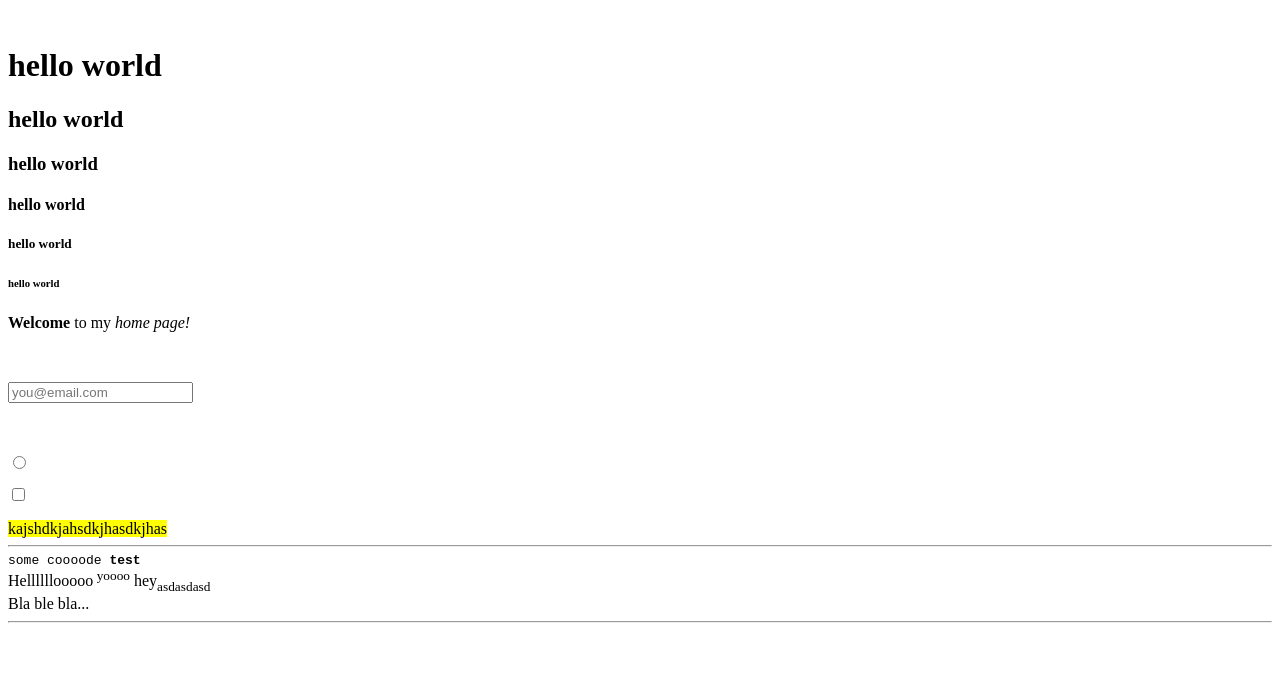
Repository: maltskan/maltskan.github.io
Page: index.html
The author's editor kept a record of every edit. The page is drawn from the files as they stood at one moment, then again after the next edit.
The browser window is 1280 px wide. The pictures show the whole page.

Above is the page before.

### index.html
<html>
        <head>
            <title>HEllo World!</title>

        </head>

        <body>

            <br>
            <h1>hello world</h1>
            <h2>hello world</h2>
            <h3>hello world</h3>
            <h4>hello world</h4>
            <h5>hello world</h5>
            <h6>hello world</h6>
            <p><strong>Welcome</strong> to my <em>home page!</em> </p>
            <br>
           <p><input type= "text" placeholder="you@email.com" >    </p>
            <br>
            <p><input type="radio"></p>
            <p><input type="checkbox"></p>
            <mark>kajshdkjahsdkjhasdkjhas</mark>
            <br>
            <code><hr>some coooode <strong>test</strong></code>
            <br>
            Hellllllooooo<sup> yoooo</sup>
            hey<sub>asdasdasd</sub>

            <br>

            Bla ble bla...
            <hr>
        </body>
</html>

After the next edit:
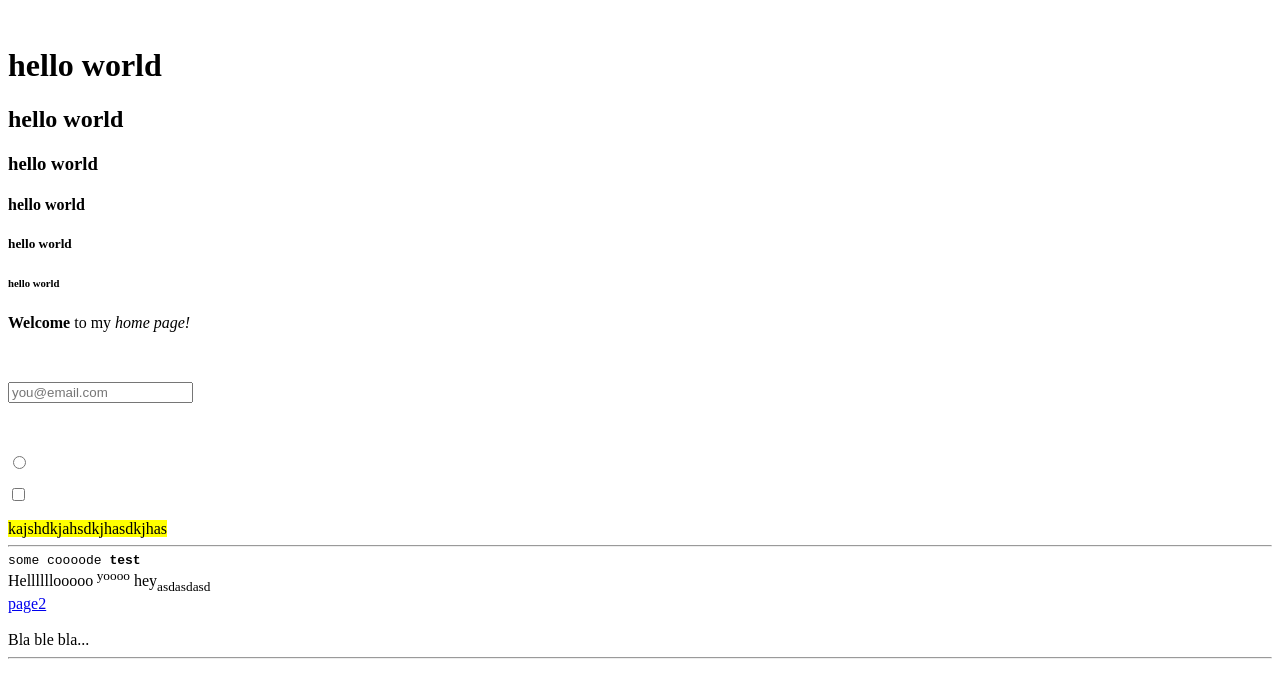
The edit:
--- a/index.html
+++ b/index.html
@@ -27,6 +27,9 @@
             hey<sub>asdasdasd</sub>
 
             <br>
+                <a href="firstproject/page2.html">page2</a>
+            <br>
+            <br>
 
             Bla ble bla...
             <hr>
